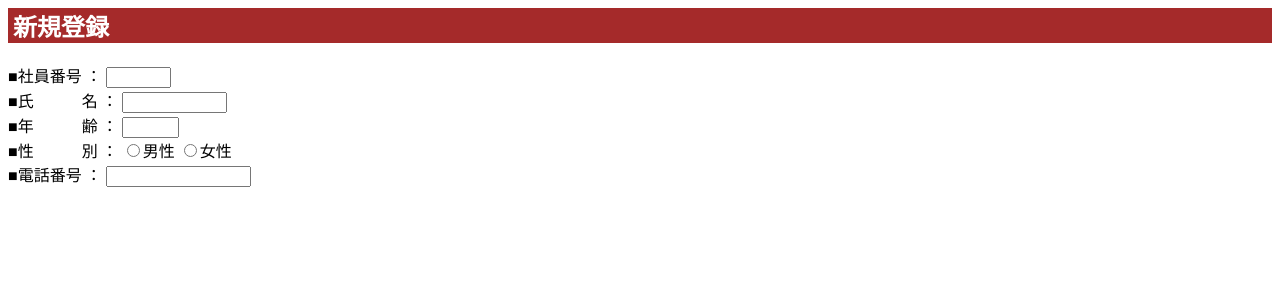
Repository: eb-communicationservice/php_study
Page: http://localhost/views/scripts/members/registMember.php
An editor plug-in stored every save of this project. The page is shown before and after the next save, followed by the edit.
The browser window is 1280 px wide. The pictures show the whole page.
The page is run by PHP 8.4 with error messages shown; the project is at /var/www/html/.

Above is the page before, as saved 2015-12-06 13:04:25.

After the next save:
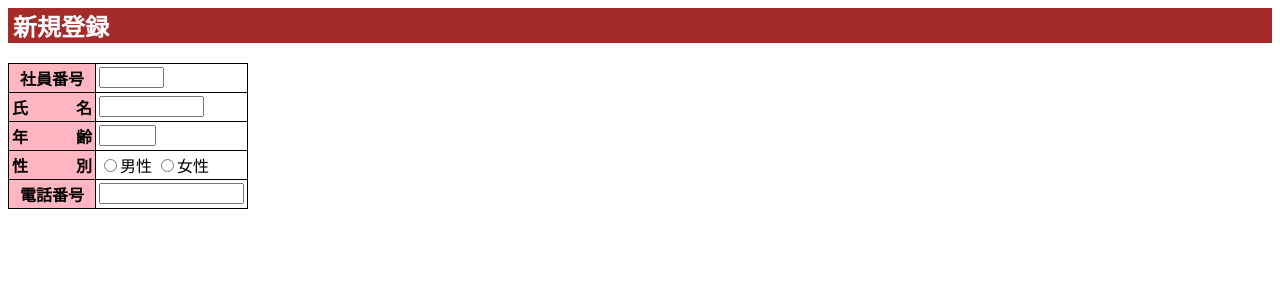
Saved 3 min 39 s later.
--- a/kadai01/views/scripts/members/registMember.php
+++ b/kadai01/views/scripts/members/registMember.php
@@ -7,16 +7,30 @@
 		<h2>新規登録</h2>
 	</div>
 	<form action="registController.php" method="post">
-		<label for="memberId">■社員番号 ：</label>
-		<input id="memberId" type="text" name="memberId" size="5" maxlength="6" value="" /><br />
-		<label for="name">■氏　　　名 ：</label>
-		<input id="name" type="text" name="name" size="10" maxlength="20" value="" /><br />
-		<label for="age">■年　　　齢 ：</label>
-		<input id="age" type="text" name="age" size="4" maxlength="3" value="" /><br />
-		■性　　　別 ：
-		<input id="male" type="radio" name="sex" value="0" /><label for="male">男性</label>
-		<input id="female" type="radio" name="sex" value="1" /><label for="female">女性</label><br />
-		<label for="phoneNum">■電話番号 ：</label>
-		<input id="phoneNum" type="text" name="phoneNum" size="15" maxlength="20" value="" />
+		<table id="memberInfo">
+			<tr>
+				<th><label for="memberId">社員番号</label></th>
+				<td><input id="memberId" type="text" name="memberId" size="5" maxlength="6" value="" /></td>
+			</tr>
+			<tr>
+				<th><label for="name">氏　　　名</label></th>
+				<td><input id="name" type="text" name="name" size="10" maxlength="20" value="" /></td>
+			</tr>
+			<tr>
+				<th><label for="age">年　　　齢</label></th>
+				<td><input id="age" type="text" name="age" size="4" maxlength="3" value="" /></td>
+			</tr>
+			<tr>
+				<th>性　　　別</th>
+				<td>
+					<input id="male" type="radio" name="sex" value="0" /><label for="male">男性</label>
+					<input id="female" type="radio" name="sex" value="1" /><label for="female">女性</label>
+				</td>
+			</tr>
+			<tr>
+				<th><label for="phoneNum">電話番号</label></th>
+				<td><input id="phoneNum" type="text" name="phoneNum" size="15" maxlength="20" value="" /></td>
+			</tr>
+		</table>
 	</form>
 </body>
